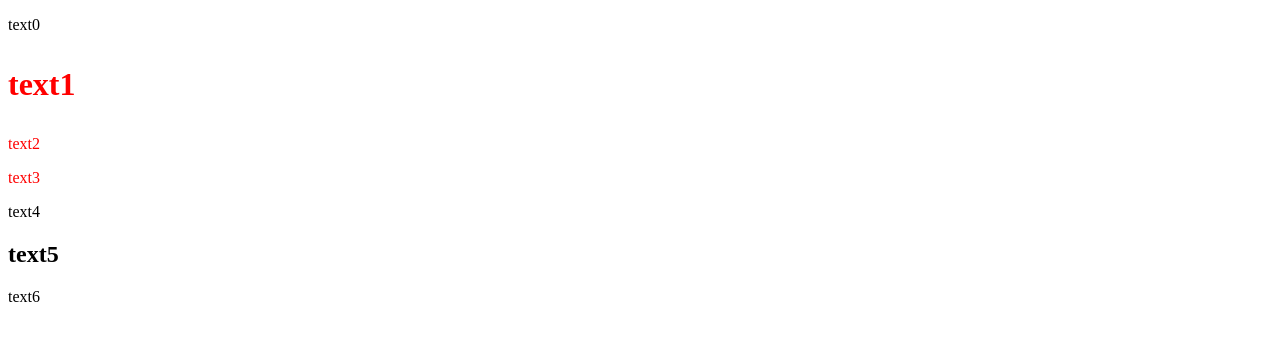
Repository: D-Savanchuk/Tasks
Page: index.html
An editor plug-in stored every save of this project. The page is shown before and after the next save, followed by the edit.
The browser window is 1280 px wide. The pictures show the whole page.

Above is the page before, as saved 2022-10-13 12:10:04.

### index.html
<!DOCTYPE html>
<html lang="en">
<head>
    <meta charset="UTF-8">
    <meta http-equiv="X-UA-Compatible" content="IE=edge">
    <meta name="viewport" content="width=device-width, initial-scale=1.0">
    <title>Document</title>
    <link rel="stylesheet" href="style2.css">
</head>
<body>

    <!-- <div class="flex">
        <div>1</div>
        <div>2</div>
        <div>3</div>
        <div>4</div>
    </div>

    <div class="grid">
        <header>header</header>
        <aside>side</aside>
        <main>main</main>

    </div>
    -->

    <p>text0</p>
    <div>
      <h1>
    <p>text1</p>
      </h1>
      <p>text2</p>
      <p>text3</p>
    </div>
    <p>text4</p>
    <h2>text5</h2>
    <p>text6</p>

<script src="./test.js"></script>
</body>
</html>

### style2.css
/* .flex{
    display: flex;
    width: 100px;
    height: 100px;
    flex:2 2;
}

.grid{
    display: grid;
    grid-template-columns: 32px 32px 32px;
    grid-template-rows: 32px 32px 32px;
    grid-template-areas:
        "aside aside aside"
        "main main main"
        "header header header";
    width: 100px;
    height: 100px;
}

header{
    grid-area: header;
}

aside{
    grid-area: aside;
}

main{
    grid-area: main;
} */

div p {
    color: red;
    }

Loaded but not shown: test.js (no copy from this time; the picture is the same without it)

After the next save:
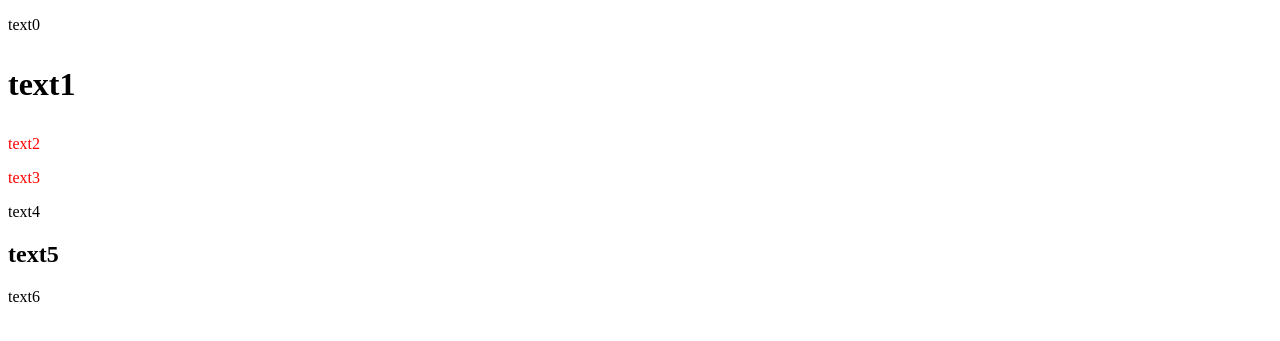
Saved 38 s later.
--- a/style2.css
+++ b/style2.css
@@ -29,6 +29,6 @@ main{
     grid-area: main;
 } */
 
-div p {
+div > p {
     color: red;
     }
